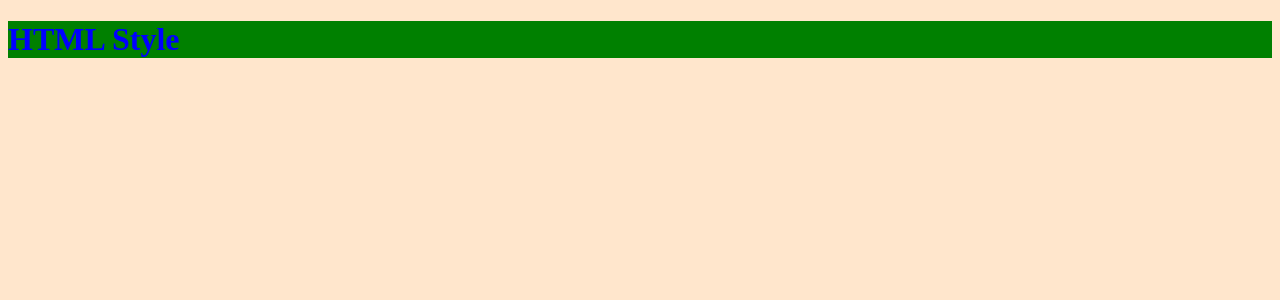
Repository: XenosJM/WEB_CODES
Page: Web01_HTML/src/main/webapp/03_style.html
The author's editor kept a copy of each file at every save. The page is drawn from the files as they stood at one save, then again after the next save.
The browser window is 1280 px wide. The pictures show the whole page.

Above is the page before, as saved 2024-03-19 03:18:33.

After the next save:
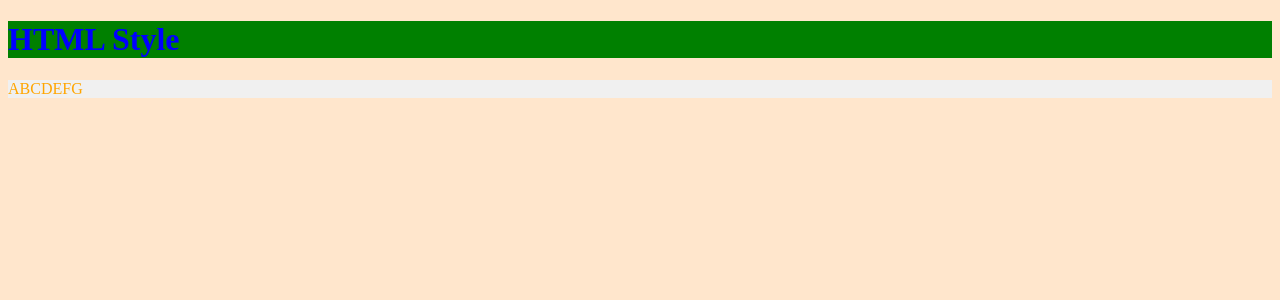
Saved 116 s later.
--- a/Web01_HTML/src/main/webapp/03_style.html
+++ b/Web01_HTML/src/main/webapp/03_style.html
@@ -10,7 +10,7 @@
 
 	<div style="background-color: #f0f0f0;
 	font-family: 궁서체;">
-
+		<div style="color : orange; font-family: serif">ABCDEFG</div>
 	</div>
 
 </body>
